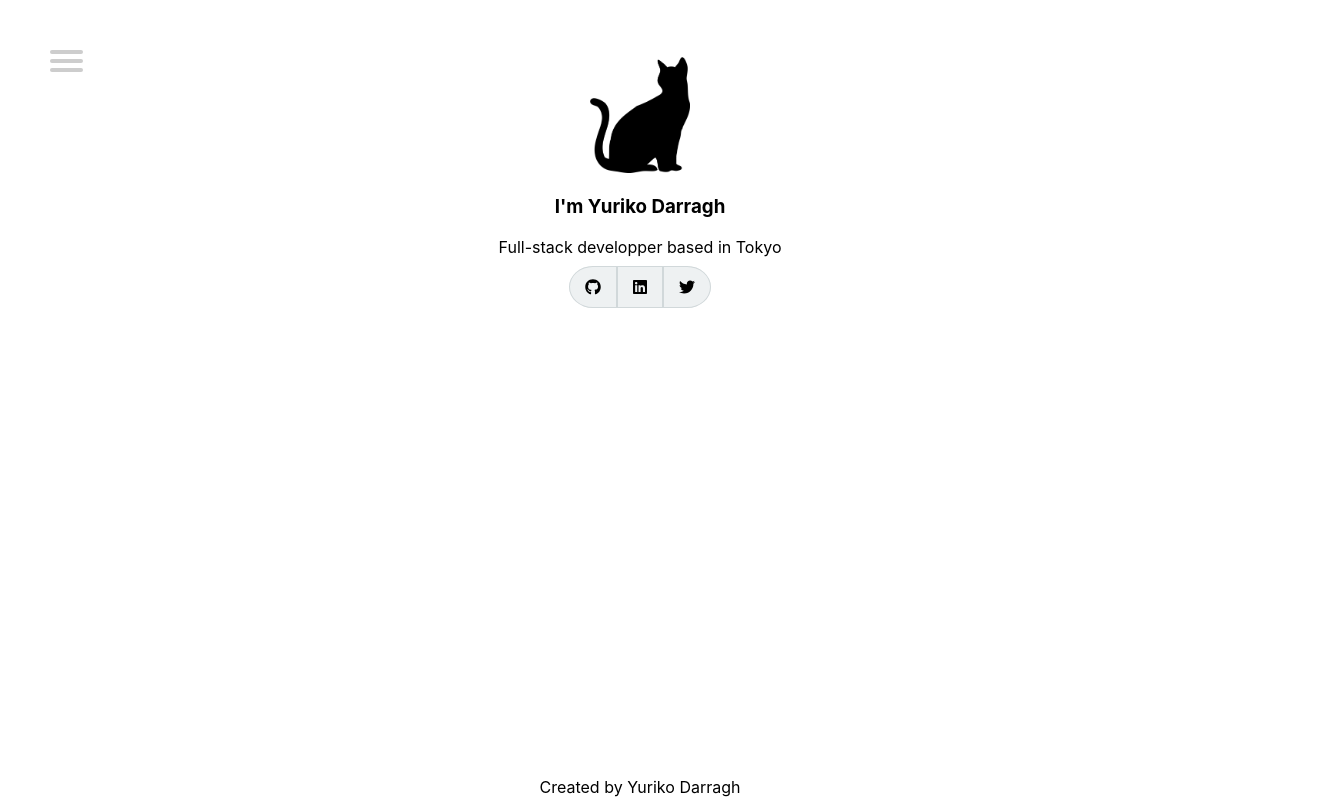
Repository: yuriko-pixel/react-portfolio
Page: /
These files come from the project's save history. The page is drawn as it stood at one moment and after the next save; the edit follows.
The browser window is 1280 px wide. The page is 1330 px wide, so the pictures cover 1330 px, including what lies to the right of the window. The pictures show the whole page.
The project was rebuilt for these pictures with package versions that can differ from the ones it lists, and the page was loaded fresh each time. Also part of the build but not shown: src/components/worktemp.js, src/components/about.js, src/styles/works.module.scss, src/components/works.js.

Above is the page before, as saved 2021-05-19 13:28:02.

After the next save:
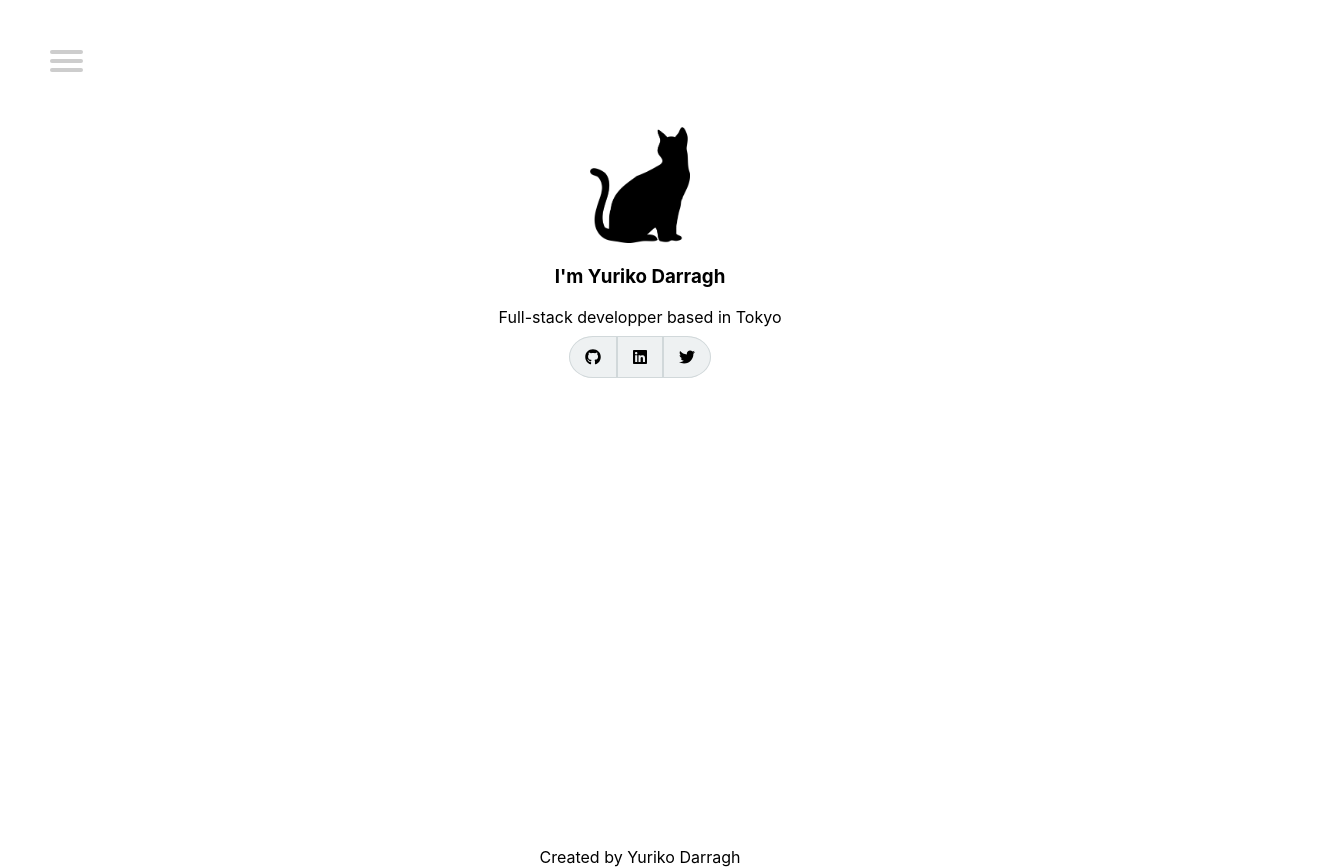
Saved 3 min 20 s later.
--- a/src/styles/top.module.scss
+++ b/src/styles/top.module.scss
@@ -1,5 +1,5 @@
 .container {
-    padding-top: 30px;
+    padding-top: 100px;
     min-height: 100vh;
 }
 
